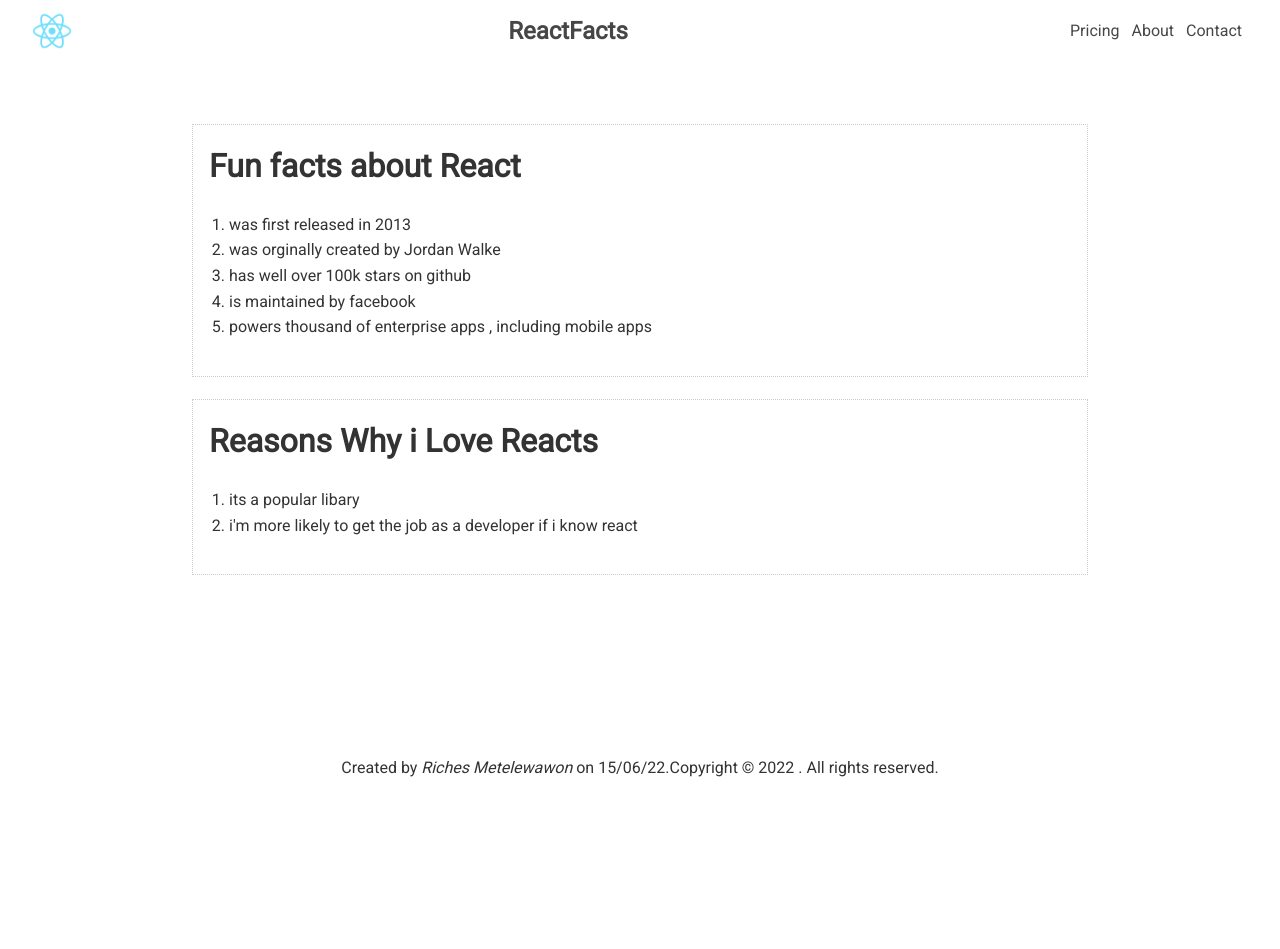
Repository: Richswag009/my-travel-journal
Page: /
An editor plug-in stored every save of this project. The page is shown before and after the next save, followed by the edit.
The browser window is 1280 px wide. The pictures show the whole page.
The project was rebuilt for these pictures with package versions that can differ from the ones it lists, and the page was loaded fresh each time.

Above is the page before, as saved 2022-06-15 13:19:59.

### public/index.html
<!DOCTYPE html>
<html lang="en">
  <head>
    <meta charset="utf-8" />
    <link rel="icon" href="%PUBLIC_URL%/favicon.ico" />
    <meta name="viewport" content="width=device-width, initial-scale=1" />
    <meta name="theme-color" content="#000000" />
    <meta name="description"content="Web site created using create-react-app"/>
    <link rel="apple-touch-icon" href="%PUBLIC_URL%/logo192.png" />
    <link rel="manifest" href="%PUBLIC_URL%/manifest.json" />
    <title>React Fact</title>
  </head>
  <body>
    <noscript>You need to enable JavaScript to run this app.</noscript>
    <div id="root"></div>

  </body>
</html>

### src/App.js

import React,{Component} from 'react';
import './App.css';
import Maincontent from './component/maincontent/Maincontent';
import Navbar from './component/layout/Navbar';
import Footer from './component/layout/Footer';
// import Users from './component/users/Users';
class App extends Component{
  render(){

    return (
      <div className="App">
       <Navbar/>
       <Maincontent/>
       <Footer/>
        </div>
    );
  }
}

export default App;

### src/App.css
@import url('https://fonts.googleapis.com/css?family=Roboto');

/* Global Styles */
:root {
  --primary-color: #dc3545;
  --dark-color: #333333;
  --light-color: #f4f4f4;
  --danger-color: #dc3545;
  --success-color: #28a745;
}

* {
  box-sizing: border-box;
  margin: 0;
  padding: 0;
}

body {
  font-family: 'Roboto', sans-serif;
  font-size: 1rem;
  line-height: 1.6;
  background-color: #fff;
  color: #333;
}

a {
  color: var(--primary-color);
  text-decoration: none;
}

a:hover {
  color: #666;
}

ul {
  list-style: none;
}

img {
  width: 100%;
}

/* Utilities */
.container {
  max-width: 1100px;
  margin: auto;
  overflow: hidden;
  padding: 0 2rem;
}

/* Text Styles*/
.x-large {
  font-size: 4rem;
  line-height: 1.2;
  margin-bottom: 1rem;
}

.large {
  font-size: 3rem;
  line-height: 1.2;
  margin-bottom: 1rem;
}

.lead {
  font-size: 1.5rem;
  margin-bottom: 1rem;
}

.text-center {
  text-align: center;
}

.text-primary {
  color: var(--primary-color);
}

.text-dark {
  color: var(--dark-color);
}

.text-success {
  color: var(--success-color);
}

.text-danger {
  color: var(--danger-color);
}

.text-center {
  text-align: center;
}

.text-right {
  text-align: right;
}

.text-left {
  text-align: left;
}

/* Center All */
.all-center {
  display: flex;
  flex-direction: column;
  width: 100%;
  margin: auto;
  justify-content: center;
  align-items: center;
  text-align: center;
}

/* Cards */
.card {
  padding: 1rem;
  border: #ccc 1px dotted;
  margin: 0.7rem 0;
}

/* List */
.list {
  margin: 0.5rem 0;
}

.list li {
  padding-bottom: 0.3rem;
}

/* Padding */
.p {
  padding: 0.5rem;
}
.p-1 {
  padding: 1rem;
}
.p-2 {
  padding: 2rem;
}
.p-3 {
  padding: 3rem;
}
.py {
  padding: 0.5rem 0;
}
.py-1 {
  padding: 1rem 0;
}
.py-2 {
  padding: 2rem 0;
}
.py-3 {
  padding: 3rem 0;
}

/* Margin */
.m {
  margin: 0.5rem;
}
.m-1 {
  margin: 1rem;
}
.m-2 {
  margin: 2rem;
}
.m-3 {
  margin: 3rem;
}
.my {
  margin: 0.5rem 0;
}
.my-1 {
  margin: 1rem 0;
}
.my-2 {
  margin: 2rem 0;
}
.my-3 {
  margin: 3rem 0;
}


.footer{
  margin: 22vh auto;
  padding: 10px 0;
  text-align: center;
}
/* Grid */
.grid-2 {
  display: grid;
  grid-template-columns: repeat(2, 1fr);
  grid-gap: 1rem;
}

.grid-3 {
  display: grid;
  grid-template-columns: repeat(3, 1fr);
  grid-gap: 1rem;
}

.grid-4 {
  display: grid;
  grid-template-columns: repeat(4, 1fr);
  grid-gap: 1rem;
}

.btn {
  display: inline-block;
  background: var(--light-color);
  color: #333;
  padding: 0.4rem 1.3rem;
  font-size: 1rem;
  border: none;
  cursor: pointer;
  margin-right: 0.5rem;
  transition: opacity 0.2s ease-in;
  outline: none;
}

.btn-link {
  background: none;
  padding: 0;
  margin: 0;
}

.btn-block {
  display: block;
  width: 100%;
}

.btn-sm {
  font-size: 0.8rem;
  padding: 0.3rem 1rem;
  margin-right: 0.2rem;
}

.badge {
  display: inline-block;
  font-size: 0.8rem;
  padding: 0.2rem 0.7rem;
  text-align: center;
  margin: 0.3rem;
  background: var(--light-color);
  color: #333;
  border-radius: 5px;
}

.alert {
  padding: 0.7rem;
  margin: 1rem 0;
  opacity: 0.9;
  background: var(--light-color);
  color: #333;
}

.btn-primary,
.bg-primary,
.badge-primary,
.alert-primary {
  background: var(--primary-color);
  color: #fff;
}

.btn-light,
.bg-light,
.badge-light,
.alert-light {
  background: var(--light-color);
  color: #333;
}

.btn-dark,
.bg-dark,
.badge-dark,
.alert-dark {
  background: var(--dark-color);
  color: #fff;
}

.btn-danger,
.bg-danger,
.badge-danger,
.alert-danger {
  background: var(--danger-color);
  color: #fff;
}

.btn-success,
.bg-success,
.badge-success,
.alert-success {
  background: var(--success-color);
  color: #fff;
}

.btn-white,
.bg-white,
.badge-white,
.alert-white {
  background: #fff;
  color: #333;
  border: #ccc solid 1px;
}

.btn:hover {
  opacity: 0.8;
}

.bg-light,
.badge-light {
  border: #ccc solid 1px;
}

.round-img {
  border-radius: 50%;
}

/* Forms */
input {
  margin: 1.2rem 0;
}

.form-text {
  display: block;
  margin-top: 0.3rem;
  color: #888;
}

input[type='text'],
input[type='email'],
input[type='password'],
input[type='date'],
select,
textarea {
  display: block;
  width: 100%;
  padding: 0.4rem;
  font-size: 1.2rem;
  border: 1px solid #ccc;
}

input[type='submit'],
button {
  font: inherit;
}

table th,
table td {
  padding: 1rem;
  text-align: left;
}

table th {
  background: var(--light-color);
}

/* Navbar */
.navbar {
  display: flex;
  justify-content: space-between;
  align-items: center;
  padding: 0.7rem 2rem;
  z-index: 1;
  width: 100%;
  opacity: 0.9;
  margin-bottom: 1rem;
}

.navbar ul {
  display: flex;
}
.navbar ul li{
  padding:0 6px ;
}

.navbar a {
  color: #fff;
  padding: 0.45rem;
  margin: 0 0.25rem;
}

.navbar a:hover {
  color: var(--light-color);
}

.navbar .welcome span {
  margin-right: 0.6rem;
}

/* Mobile Styles */
@media (max-width: 700px) {
  .hide-sm {
    display: none;
  }

  .grid-2,
  .grid-3,
  .grid-4 {
    grid-template-columns: 1fr;
  }

  /* Text Styles */
  .x-large {
    font-size: 3rem;
  }

  .large {
    font-size: 2rem;
  }

  .lead {
    font-size: 1rem;
  }

  /* Navbar */
  .navbar {
    display: block;
    text-align: center;
  }

  .navbar ul {
    text-align: center;
    justify-content: center;
  }
}

### src/component/maincontent/Maincontent.js
import React, { Component } from 'react'
// import React from "react";
export default class Maincontent extends Component {



    render() {
        return (
            <div className='content ' style={{width:'70%',margin:'50px auto',display:'grid'}}>
                <div className=' card'>
                    <h1>Fun facts about React</h1>
                    <ol style={{margin:'20px'}}>
                        <li>was first released in 2013</li>
                        <li>was orginally created by Jordan Walke</li>
                        <li>has well over 100k stars on github</li>
                        <li>is maintained by facebook</li>
                        <li>powers thousand of enterprise apps , including mobile apps</li>
                    </ol>
                </div>
                <div className='card'>
                    <h1>Reasons Why i Love Reacts</h1>
                    <ol style={{margin:'20px'}}>
                        <li>its a popular libary</li>
                        <li>i'm more likely to get the job as a developer if i know react</li>
                    </ol>
                </div>
            </div>
        )
    }

}
// function page(){

//         return (
//             <div>
//                 <ol>
//                     <li>Lorem ipsum dolor sit amet.</li>
//                     <li>Lorem ipsum dolor sit amet.</li>
//                     <li>Lorem ipsum dolor sit amet.</li>
//                 </ol>
//             </div>
//         )

// }export default page

### src/component/layout/Navbar.js
import React, { Component } from 'react'
import logo from '../layout/logo192.png'


export default class Navbar extends Component {


    render() {
        return (
            <div>
                <nav className='navbar'>
                 <img src={logo} alt="" style={{width:'40px',dispaly:'block'}} />
                 <h1>ReactFacts</h1>

                <ul className='px-2'>
                    <li>Pricing </li>
                    <li>About </li>
                    <li>Contact </li>
                </ul>
                </nav>
            </div>
        )
    }
}

### src/component/layout/Footer.js
import React, { Component } from 'react'

export default class Footer extends Component {



    render() {
        return (
            <div className='footer'>
               <p>Created by <i>Riches Metelewawon</i>  on 15/06/22.Copyright © 2022 . All rights reserved.
               </p>
            </div>
        )
    }
}

Loaded but not shown: src/index.js (common file)

After the next save:
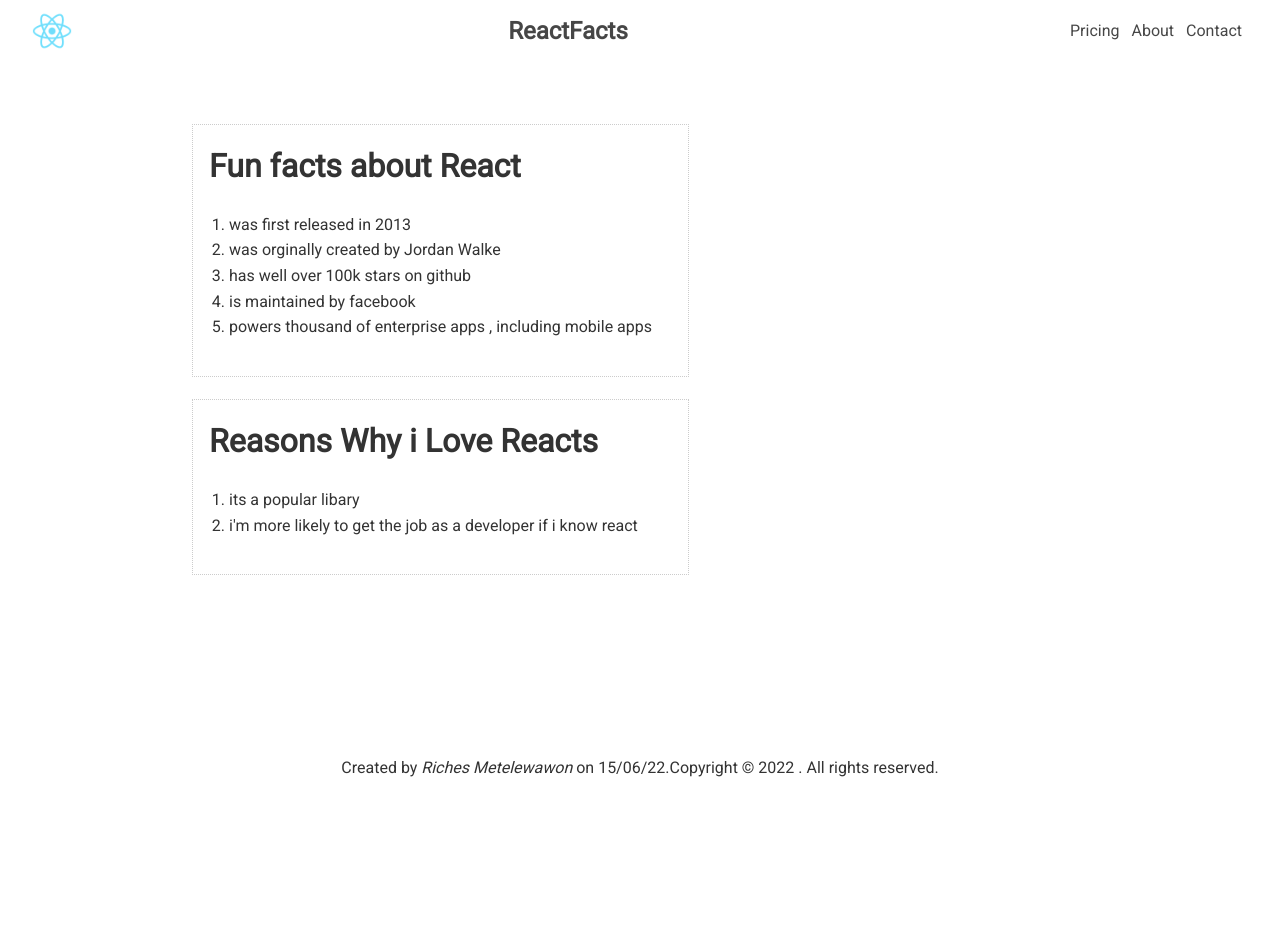
Saved 21 s later.
--- a/src/App.css
+++ b/src/App.css
@@ -182,6 +182,10 @@
   margin: 22vh auto;
   padding: 10px 0;
   text-align: center;
+}
+.content{
+  display: flex;
+  justify-content: space-between;
 }
 /* Grid */
 .grid-2 {
